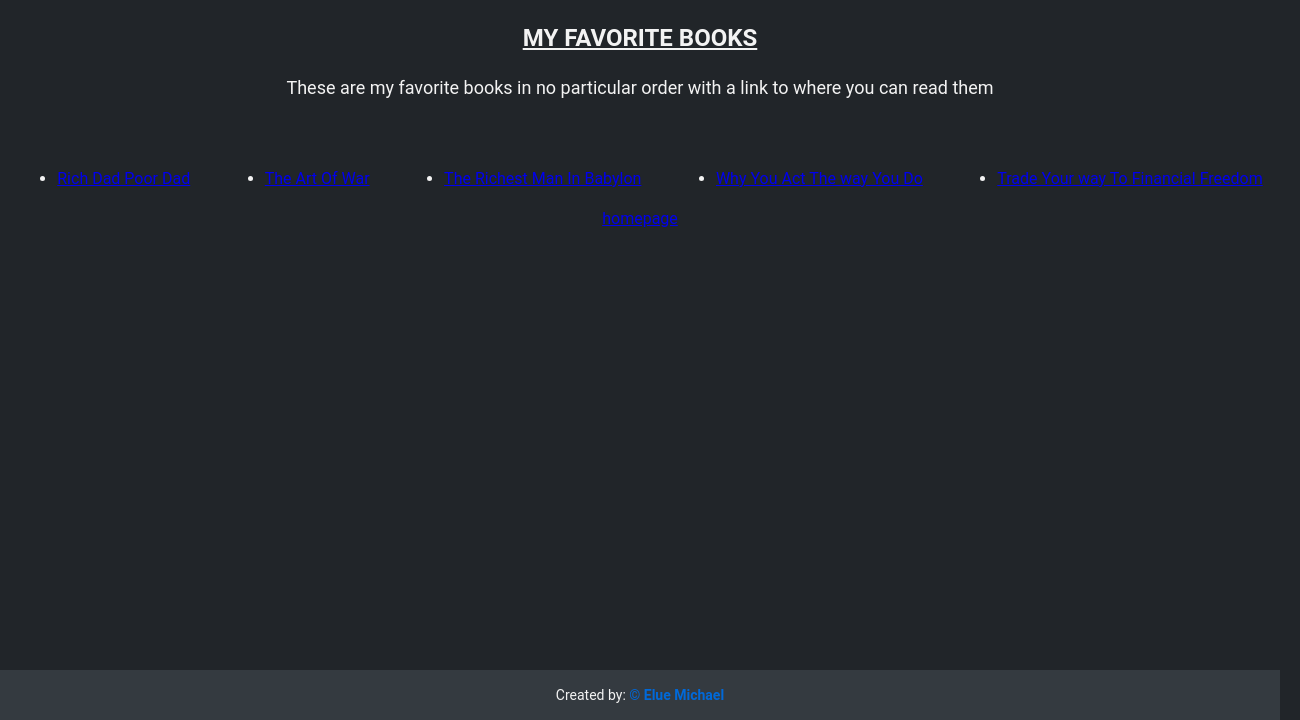
Repository: MikkyPrestige/html-website
Page: pages/books.html
The author's editor kept a copy of each file at every save. The page is drawn from the files as they stood at one save, then again after the next save.
The browser window is 1280 px wide. The page is 1300 px wide, then 1280 px, so the pictures cover 1300 px, including what lies to the right of the window. The pictures show the whole page.

Above is the page before, as saved 2023-04-29 02:28:30.

After the next save:
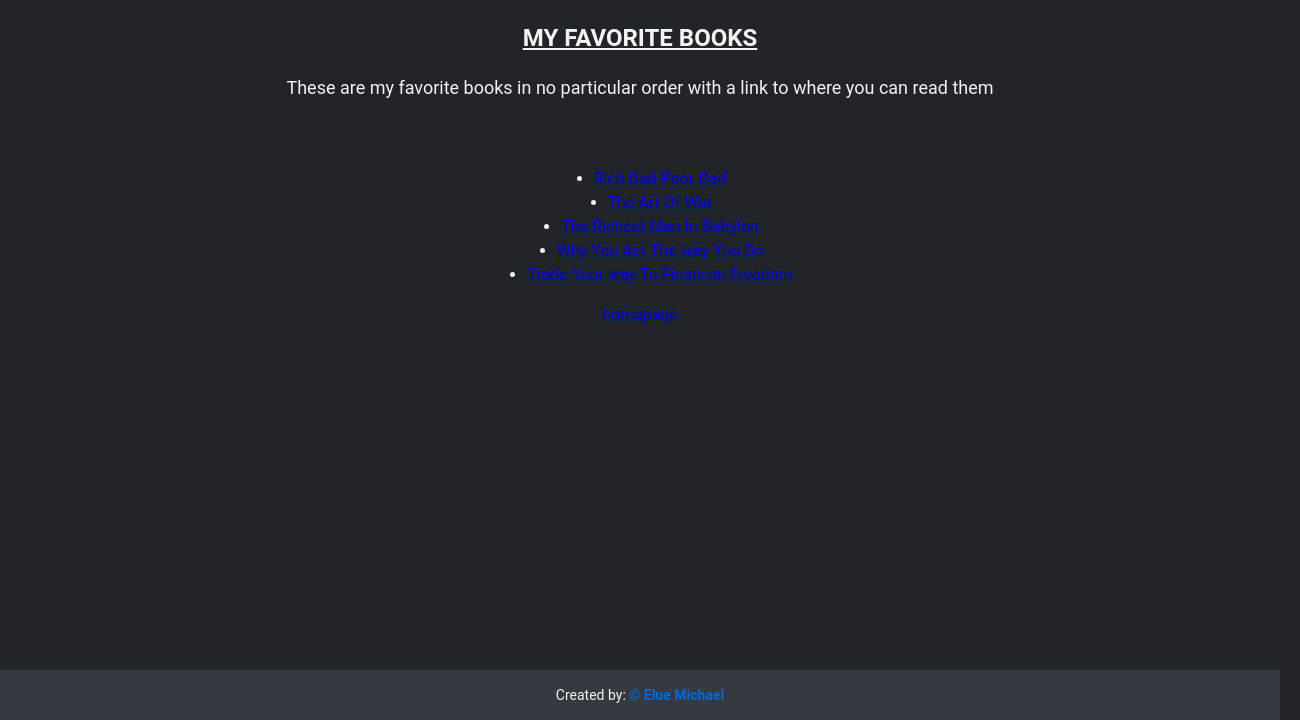
Saved 16 s later.
--- a/index.css
+++ b/index.css
@@ -111,9 +111,10 @@
 
 .books-lists {
   display: flex;
-  justify-content: space-around;
+  flex-direction: column;
+  justify-content: center;
   align-items: center;
-  width: 100%;
+
 }
 
 
